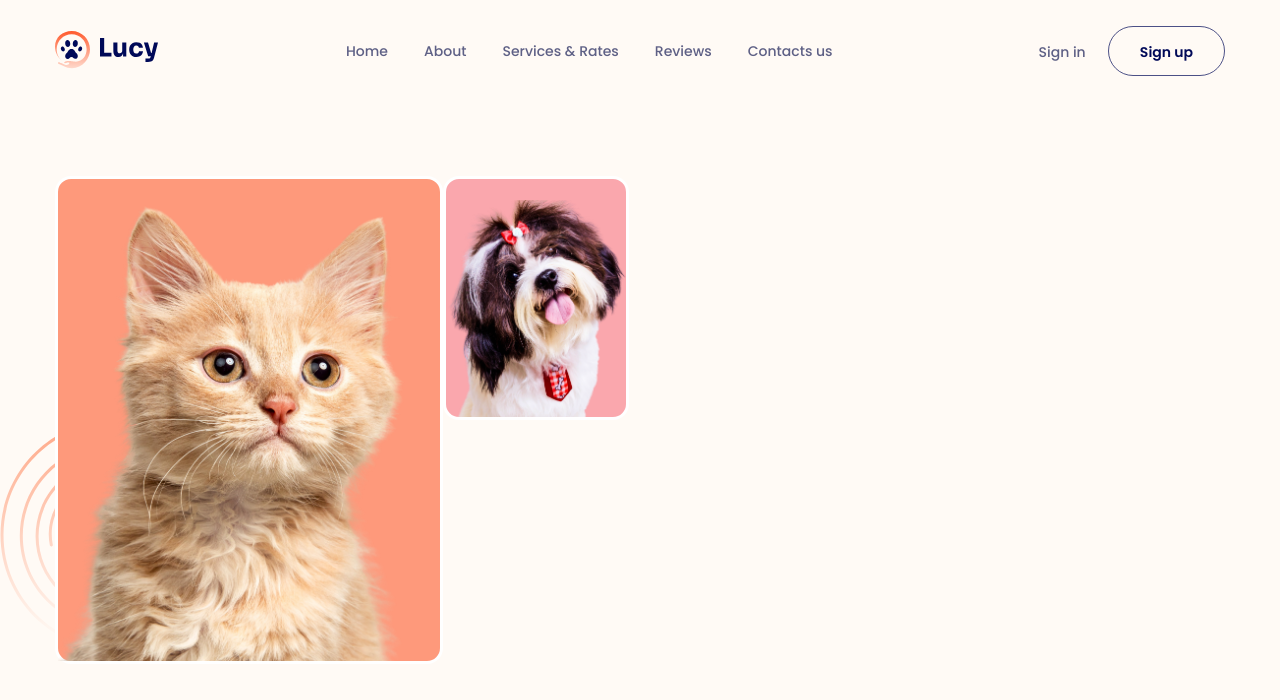
Repository: empty24062002/f8-project-05
Page: index.html
The author's editor kept a copy of each file at every save. The page is drawn from the files as they stood at one save, then again after the next save.
The browser window is 1280 px wide. The pictures show the whole page.

Above is the page before, as saved 2023-09-09 17:32:07.

### index.html
<!DOCTYPE html>
<html lang="en">
    <head>
        <meta charset="UTF-8" />
        <meta name="viewport" content="width=device-width, initial-scale=1.0" />
        <title>Lucy</title>
        <!-- favicon -->
        <link
            rel="apple-touch-icon"
            sizes="57x57"
            href="./assets/favicon/apple-icon-57x57.png"
        />
        <link
            rel="apple-touch-icon"
            sizes="60x60"
            href="./assets/favicon/apple-icon-60x60.png"
        />
        <link
            rel="apple-touch-icon"
            sizes="72x72"
            href="./assets/favicon/apple-icon-72x72.png"
        />
        <link
            rel="apple-touch-icon"
            sizes="76x76"
            href="./assets/favicon/apple-icon-76x76.png"
        />
        <link
            rel="apple-touch-icon"
            sizes="114x114"
            href="./assets/favicon/apple-icon-114x114.png"
        />
        <link
            rel="apple-touch-icon"
            sizes="120x120"
            href="./assets/favicon/apple-icon-120x120.png"
        />
        <link
            rel="apple-touch-icon"
            sizes="144x144"
            href="./assets/favicon/apple-icon-144x144.png"
        />
        <link
            rel="apple-touch-icon"
            sizes="152x152"
            href="./assets/favicon/apple-icon-152x152.png"
        />
        <link
            rel="apple-touch-icon"
            sizes="180x180"
            href="./assets/favicon/apple-icon-180x180.png"
        />
        <link
            rel="icon"
            type="image/png"
            sizes="192x192"
            href="./assets/favicon/android-icon-192x192.png"
        />
        <link
            rel="icon"
            type="image/png"
            sizes="32x32"
            href="./assets/favicon/favicon-32x32.png"
        />
        <link
            rel="icon"
            type="image/png"
            sizes="96x96"
            href="./assets/favicon/favicon-96x96.png"
        />
        <link
            rel="icon"
            type="image/png"
            sizes="16x16"
            href="./assets/favicon/favicon-16x16.png"
        />
        <link rel="manifest" href="./assets/favicon/manifest.json" />
        <meta name="msapplication-TileColor" content="#ffffff" />
        <meta
            name="msapplication-TileImage"
            content="./assets/favicon/ms-icon-144x144.png"
        />
        <meta name="theme-color" content="#ffffff" />
        <!-- reset CSS -->
        <link rel="stylesheet" href="./assets/css/reset.css" />
        <!-- embed font -->
        <link rel="preconnect" href="https://fonts.googleapis.com" />
        <link rel="preconnect" href="https://fonts.gstatic.com" crossorigin />
        <link
            href="https://fonts.googleapis.com/css2?family=Poppins:wght@300;400;500;600&family=Sora:wght@600;700;800&display=swap"
            rel="stylesheet"
        />
        <!-- style css -->
        <link rel="stylesheet" href="./assets/css/styles.css" />
    </head>
    <body>
        <!-- header -->
        <header class="header">
            <div class="container">
                <div class="header__inner">
                    <!-- logo -->
                    <a href="#!">
                        <img
                            src="./assets/img/logo.svg"
                            alt="Lucy"
                            class="header__logo"
                        />
                    </a>
                    <!-- navbar -->
                    <nav class="navbar">
                        <ul class="navbar__list">
                            <li class="navbar__item">
                                <a href="#!" class="navbar__link"> Home </a>
                            </li>
                            <li class="navbar__item">
                                <a href="#!" class="navbar__link"> About </a>
                            </li>
                            <li class="navbar__item">
                                <a href="#!" class="navbar__link"
                                    >Services & Rates
                                </a>
                            </li>
                            <li class="navbar__item">
                                <a href="#!" class="navbar__link"> Reviews </a>
                            </li>
                            <li class="navbar__item">
                                <a href="#!" class="navbar__link">
                                    Contacts us
                                </a>
                            </li>
                        </ul>
                    </nav>
                    <!-- header action -->
                    <div class="header-action">
                        <a href="#!" class="header-action__link">Sign in</a>
                        <a href="#!" class="btn header-action__btn">Sign up</a>
                    </div>
                </div>
            </div>
        </header>
        <!-- hero -->
        <section class="hero">
            <div class="container">
                <div class="hero__inner">
                    <!-- hero media -->
                    <div class="hero__media">
                        <div class="hero__img-wrap">
                            <img
                                src="./assets/img/hero__img1.png"
                                alt=""
                                class="hero__img"
                            />

                            <!-- Decorators -->
                            <img
                                src="./assets/img/decor__01.svg"
                                alt=""
                                class="hero__decor hero__decor-left"
                            />
                            <img
                                src="./assets/img/decor__02.svg"
                                alt=""
                                class="hero__decor hero__decor-right"
                            />
                        </div>
                        <div class="hero__img-wrap hero__img-wrap-small">
                            <img
                                src="./assets/img/hero__img2.png"
                                alt=""
                                class="hero__img hero__img-small"
                            />
                        </div>
                    </div>
                </div>
                    <!-- hero content -->
                    <section class="hero__content"></section>
                </div>
            </div>
        </section>
    </body>
</html>

### assets/css/styles.css
* {
    box-sizing: border-box;
}

html {
    font-size: 62.5%;
}

body {
    font-size: 1.6rem;
    font-family: "Poppins", sans-serif;
    background: #fffaf5;
}

/* common */

h1,
h2,
h3,
h4,
h5,
h6 {
    font-family: "Sora", sans-serif;
}

input,
textarea,
select,
button {
    font-size: inherit;
    font-family: inherit;
}

a {
    text-decoration: none;
}

.container {
    width: 1170px;
    max-width: calc(100% - 48px);
    margin: 0 auto;
}

.btn {
    --height: 56px;

    display: inline-block;
    min-width: 130px;
    height: var(--height);
    line-height: var(--height);
    border: 1px solid rgb(0, 9, 88, 0.7);
    border-radius: 99px;
    color: #000958;
    text-align: center;
    font-size: 1.4rem;
    font-weight: 600;
}

.btn:hover {
    opacity: 0.8;
}

/* header */
.header {
    padding: 26px 0;
}

.header__inner {
    display: flex;
    justify-content: space-between;
    align-items: center;
}

.navbar__list {
    display: flex;
}

.navbar__link,
.header-action__link {
    padding: 8px 18px;
    color: #5e6085;
    font-size: 1.4rem;
    font-weight: 500;
    line-height: 1; /* 100% */
}

.navbar__link:hover {
    color: #000958;
    text-shadow: 1px 0 0 currentColor;
}

.header-action__btn {
    --height: 50px;

    min-width: 117px;
}

/* hero */
.hero {
    margin-top: 74px;
}

.hero__inner {
    display: flex;
    justify-content: space-between;
    align-items: center;
}

.hero__media {
    display: flex;
}

.hero__img-wrap {
    position: relative;
    display: flex;
    justify-content: center;
    align-items: flex-end;
    width: 388px;
    height: 488px;
    border: 3px solid #fff;
    border-radius: 16px;
    background: #fe997b;
}

.hero__img {
    max-width: 100%;
    max-height: 100%;
}

.hero__decor {
    position: absolute;
    z-index: -1;
}

.hero__decor-left {
    left: -58px;
    bottom: 10px;
}

.hero__decor-right {
    top: 16px;
    right: -43px;
}

.hero__img-wrap-small {
    width: 186px;
    height: 244px;
    border-radius: 16px;
    background: #faa7ad;
}

.hero__img-small {
}

Loaded but not shown: assets/css/reset.css (common file)

After the next save:
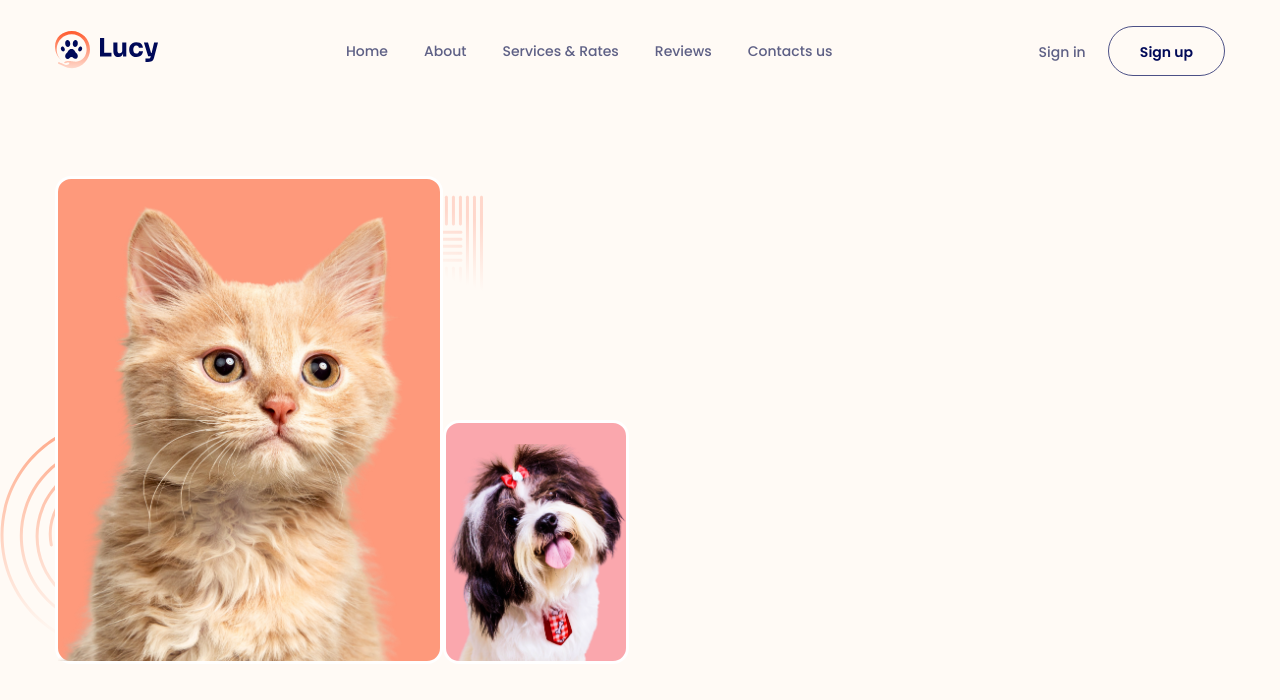
Saved 19 s later.
--- a/assets/css/styles.css
+++ b/assets/css/styles.css
@@ -143,6 +143,7 @@ a {
 }
 
 .hero__img-wrap-small {
+    align-self: flex-end;
     width: 186px;
     height: 244px;
     border-radius: 16px;
